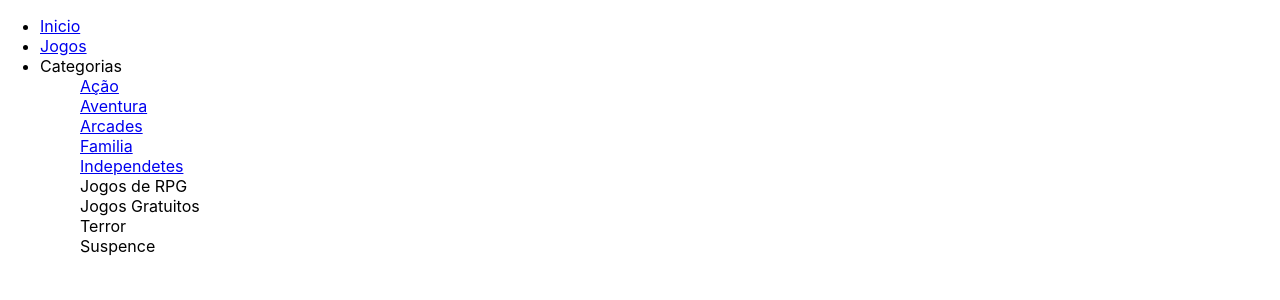
Repository: MarcoantonioCaldeira/Projeto-Go-Gamming
Page: /
These files come from the project's save history. The page is drawn as it stood at one moment and after a run of saves; the edit follows.
The browser window is 1280 px wide. The pictures show the whole page.
The project was rebuilt for these pictures with package versions that can differ from the ones it lists, and the page was loaded fresh each time. Also part of the build but not shown: src/pages/Inicio/Inicio.js, src/pages/Jogos/Jogos.js, src/pages/Categorias/Acao.js, src/pages/Categorias/Arcades.js.

Above is the page before, as saved 2022-12-25 23:50:10.

After the next 2 saves:
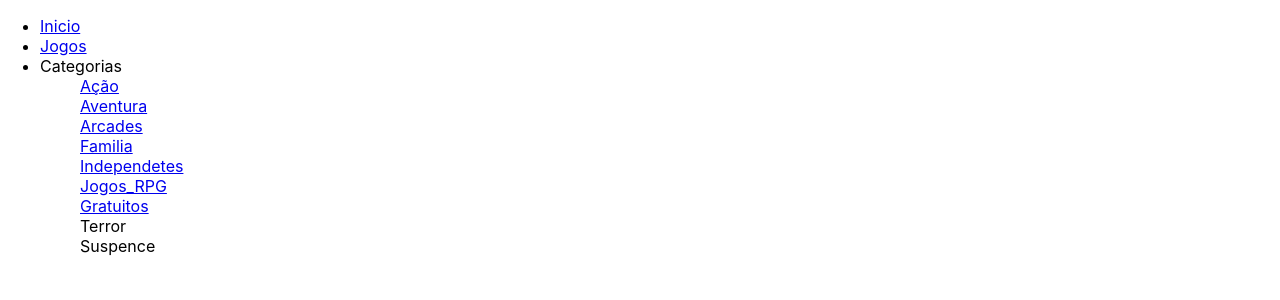
The 2 saves are shown as one change because 1 did not build or start.
The last was saved 98 s later.
--- a/src/pages/Menu/Menu.js
+++ b/src/pages/Menu/Menu.js
@@ -18,8 +18,8 @@
               <ul><Link to="./Arcades">Arcades</Link></ul>
               <ul><Link to="./Familia">Familia</Link></ul>
               <ul><Link to="./Independentes">Independetes</Link></ul>
-              <ul>Jogos de RPG</ul>
-              <ul>Jogos Gratuitos</ul>
+              <ul><Link to="./Jogos_RPG">Jogos_RPG</Link></ul>
+              <ul><Link to="./Gratuitos">Gratuitos</Link></ul>
               <ul>Terror</ul>
               <ul>Suspence</ul>
           </li>
